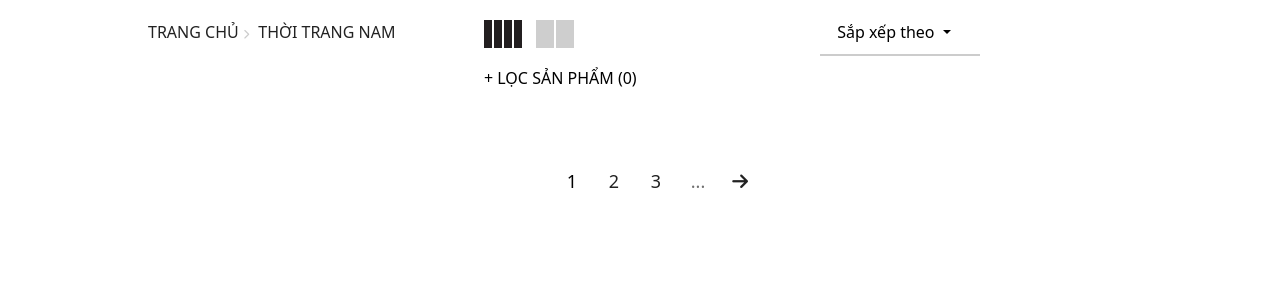
Repository: NguyenQuangQuan021099/FE_Page-Male
Page: index.html
These files come from the project's save history. The page is drawn as it stood at one moment and after the next save; the edit follows.
The browser window is 1280 px wide. The pictures show the whole page.
The page's requests for data from a server got no answer. Some web libraries are served in a nearby version.

Above is the page before, as saved 2021-07-09 09:02:42.

### index.html
<!DOCTYPE html>
<html lang="en">
<head>
    <meta charset="UTF-8">
    <meta http-equiv="X-UA-Compatible" content="IE=edge">
    <script src="https://kit.fontawesome.com/ce2ff1d6ed.js" crossorigin="anonymous"></script>
    <link href="https://cdn.jsdelivr.net/npm/bootstrap@5.0.1/dist/css/bootstrap.min.css" rel="stylesheet" integrity="sha384-+0n0xVW2eSR5OomGNYDnhzAbDsOXxcvSN1TPprVMTNDbiYZCxYbOOl7+AMvyTG2x" crossorigin="anonymous">
    <script src="https://code.jquery.com/jquery-3.6.0.min.js" integrity="sha256-/xUj+3OJU5yExlq6GSYGSHk7tPXikynS7ogEvDej/m4=" crossorigin="anonymous"></script>
    <meta name="viewport" content="width=device-width, initial-scale=1.0">
    <link rel="stylesheet" href="grid.css">
    <link rel="stylesheet" href="style.css">
    <title>Trang Nam</title>
</head>
<body>
<div class="grid main wide">
<!-- -------------------------Begin Nav-------------------------------------------------- -->
<div class="category__product__action row ">
    <div class="breadcrumbs col l-4">
        <a href="" title="Đi đến trang chủ">TRANG CHỦ</a>
        <i style="color: #ccc; font-size: 10px; margin-right: 5px; padding-bottom: 2px;" class="fas fa-chevron-right"></i>
        <span style="color: #222">THỜI TRANG NAM</span>
    </div>
    <div class="sub__category__product__action col l-8">
      <div class="nav-2 row ">
        <div class="toolbar__product col ">
          <a href="#" class="active" title="Lưới" ></a>
          <a href="./Danh sách/page1.html" class="disable" title="Danh sách" ></a>
        </div>
        <!-- --------------begin dropdown ------------------>
        <div class="dropdown col ">
          <button class="btn btn-secondary dropdown-toggle" type="button" id="dropdownMenuButton1" data-bs-toggle="dropdown" aria-expanded="false">
            Sắp xếp theo
          </button>
          <ul class="dropdown-menu sorter" aria-labelledby="dropdownMenuButton1" .>
            <li><a class="dropdown-item" href="#">Thứ tự chữ cái A-Z</a></li>
            <li><a class="dropdown-item" href="#">Thứ tự chữ cái Z-A</a></li>
            <li><a class="dropdown-item" href="#">Giá tăng dần</a></li>
            <li><a class="dropdown-item" href="#">Giá giảm dần</a></li>
            <li><a class="dropdown-item" href="#">Sản phẩm mới nhất</a></li>
          </ul>
        </div>
      <!-- -------------------end dropdown ---------------->
    </div>
    <!-------------------- begin filter---------------- -->
  <div class="filter__toggle ">
    <div class="list-group">
      <button class="list-group-item list-group-item-action actived-list" aria-current="true" >
        + LỌC SẢN PHẨM (0)
      </button>
      <div class="list-select">
        <div class="list-group-item list-group-item-action reset-close">
          <button class="reset">ĐẶT LẠI</button>
          <button class="close">ĐÓNG</button>
        </div>
        <div class="filter-option-list">
          <div class="filter-option">
            <button class="list-group-item list-group-item-action btn__item actived">NHÓM
              <div class="icon">
                <i class="fas fa-plus icon-1"></i>
                <i class="fas fa-minus icon-2"></i>
              </div>
            </button>
            <div class="item__male">
              <ul class="items">
                <li class="item"> <a href="">ÁO NAM</a></li>
                <li class="item"> <a href="">QUẦN NAM</a></li>
                <li class="item"> <a href="">GIÀY DÉP NAM</a></li>
                <li class="item"> <a href="">PHỤ KIỆN THỜI TRANG NAM</a></li>
              </ul>
            </div>
          </div>

        <div class="filter-option">
          <button class="list-group-item list-group-item-action btn__item actived">KÍCH CỠ
            <div class="icon">
              <i class="fas fa-plus icon-1"></i>
              <i class="fas fa-minus icon-2"></i>
            </div>
          </button>
          <div class="item__male">
            <ul class="items items-size">

            </ul>
          </div>
        </div>
        <div class="filter-option">
          <button class="list-group-item list-group-item-action btn__item">MÀU TRANG PHỤC</button>
        </div>
        <div class="filter-option">
        <button class="list-group-item list-group-item-action btn__item">GÍA TIỀN</button>
        </div>
        </div>
      </div>
    </div>
  </div>
<!-- -------------------End filter--------------------- -->
</div>
</div>

<!-- --------------------End Nav----------------------- -->

<!-------------------Begin product--------------------- -->
<div class="product">
        <ol id="product-list-items" class="row">

        </ol>
</div>
<!-------------------End product--------------------- -->

<!-- -------------Begin pagination --------------------->
<div class="pagination ">
  <ul class="list__pag ">
    <li class="item__current"><a href="#">1</a></li>
        <li class="item"><a href="#">2</a></li>
        <li class="item"><a href="#">3</a></li>
        <li class="item"><span>...</span></li>
        <li class="item__next"><a href="#" title="Tiếp theo"><i class="fas fa-arrow-right"></i></a></li>
  </ul>
</div>
<!-- -------------End pagination ---------------------->
</div>
    <script src="./app.js"></script>
    <script src="https://cdn.jsdelivr.net/npm/@popperjs/core@2.9.2/dist/umd/popper.min.js" integrity="sha384-IQsoLXl5PILFhosVNubq5LC7Qb9DXgDA9i+tQ8Zj3iwWAwPtgFTxbJ8NT4GN1R8p" crossorigin="anonymous"></script>
    <script src="https://cdn.jsdelivr.net/npm/bootstrap@5.0.1/dist/js/bootstrap.min.js" integrity="sha384-Atwg2Pkwv9vp0ygtn1JAojH0nYbwNJLPhwyoVbhoPwBhjQPR5VtM2+xf0Uwh9KtT" crossorigin="anonymous"></script>
</body>
</html>

### grid.css
.grid{
    width: 100%;
    display: block;
    padding: 0;
}

.grid.wide{
    max-width: 1200px;
    margin: 0 auto;
}

.row{
    display: flex;
    flex-wrap: wrap;
    margin-left: -4px;
    margin-right: -4px;
}

.row.no-gutters{
    margin-left: 0;
    margin-right: 0;
}

.col{
    padding-left: 4px;
    padding-right: 4px;
}

.row.no-gutters .col{
    margin-left: 0;
    margin-right: 0;
}
/* c - làm cho mobile */
.c-0{
    display: none;
}

.c-1{
    flex: 0 0 8.33333%;
    max-width: 8.33333%;
}

.c-2{
    flex: 0 0 16.66667%;
    max-width: 16.666667%;
}

.c-3{
    flex: 0 0 25%;
    max-width: 25%;
}

.c-4{
    flex: 0 0 33.33333%;
    max-width: 33.33333% ;
}

.c-5{
    flex: 0 0 41.66667%;
    max-width: 41.66667% ;
}

.c-6{
    flex: 0 0 50%;
    max-width: 50% ;
}

.c-7{
    flex: 0 0 58.33333%;
    max-width: 58.33333% ;
}

.c-8{
    flex: 0 0 66.66667%;
    max-width: 66.66667% ;
}

.c-9{
    flex: 0 0 75%;
    max-width: 75% ;
}

.c-10{
    flex: 0 0 83.33333%;
    max-width: 83.33333% ;
}

.c-11{
    flex: 0 0 91.66667%;
    max-width: 91.66667% ;
}

.c-12{
    flex: 0 0 100%;
    max-width: 100% ;
}

.c-o-1{
    margin-left: 8.33333%;
}

.c-o-2{
    margin-left: 16.666667%;
}

.c-o-3{
    margin-left: 25%;
}

.c-o-4{
    margin-left: 33.33333% ;
}

.c-o-5{
    margin-left: 41.66667% ;
}

.c-o-6{
    margin-left: 50% ;
}

.c-o-7{
    margin-left: 58.33333% ;
}

.c-o-8{
    margin-left: 66.66667% ;
}

.c-o-9{
    margin-left: 75% ;
}

.c-o-10{
    margin-left: 83.33333% ;
}

.c-o-11{
    margin-left: 91.66667% ;
}

/* Tablet ~ PC low resolution */
@media (min-width: 740px) and (max-width: 1023px) {
    .wide{
        width: 644px;
    }

    .col{
        padding-left: 4px;
        padding-right: 4px;
    }
}


/* >= Tablet */
@media (min-width: 740px)  {
   .row{
    margin-left: -8px;
    margin-right: -8px;
   }

   .col{
    padding-left: 4px;
    padding-right: 4px;
    }

    .m-0{
        display: none;
    }

    .m-1,
    .m-2,
    .m-3,
    .m-4,
    .m-5,
    .m-6,
    .m-7,
    .m-8,
    .m-9,
    .m-10,
    .m-11,
    .m-12{
        display: block;
    }

    .m-1{
        flex: 0 0 8.33333%;
        max-width: 8.33333%;
    }

    .m-2{
        flex: 0 0 16.66667%;
        max-width: 16.666667%;
    }

    .m-3{
        flex: 0 0 25%;
        max-width: 25%;
    }

    .m-4{
        flex: 0 0 33.33333%;
        max-width: 33.33333% ;
    }

    .m-5{
        flex: 0 0 41.66667%;
        max-width: 41.66667% ;
    }

    .m-6{
        flex: 0 0 50%;
        max-width: 50% ;
    }

    .m-7{
        flex: 0 0 58.33333%;
        max-width: 58.33333% ;
    }

    .m-8{
        flex: 0 0 66.66667%;
        max-width: 66.66667% ;
    }

    .m-9{
        flex: 0 0 75%;
        max-width: 75% ;
    }

    .m-10{
        flex: 0 0 83.33333%;
        max-width: 83.33333% ;
    }

    .m-11{
        flex: 0 0 91.66667%;
        max-width: 91.66667% ;
    }

    .m-12{
        flex: 0 0 100%;
        max-width: 100% ;
    }

    .m-o-1{
        margin-left: 8.33333%;
    }

    .m-o-2{
        margin-left: 16.666667%;
    }

    .m-o-3{
        margin-left: 25%;
    }

    .m-o-4{
        margin-left: 33.33333% ;
    }

    .m-o-5{
        margin-left: 41.66667% ;
    }

    .m-o-6{
        margin-left: 50% ;
    }

    .m-o-7{
        margin-left: 58.33333% ;
    }

    .m-o-8{
        margin-left: 66.66667% ;
    }

    .m-o-9{
        margin-left: 75% ;
    }

    .m-o-10{
        margin-left: 83.33333% ;
    }

    .m-o-11{
        margin-left: 91.66667% ;
    }



}

/* > PC low resolution */
@media (min-width: 1113px)  {
    .row{
        margin-left: -12px;
        margin-right: -12px;
       }

    .col{
        padding-left: 4px;
        padding-right: 4px;
    }

    .l-0{
        display: none;
    }

    .l-1,
    .l-2,
    .l-3,
    .l-4,
    .l-5,
    .l-6,
    .l-7,
    .l-8,
    .l-9,
    .l-10,
    .l-11,
    .l-12{
        display: block;
    }

    .l-1{
        flex: 0 0 8.33333%;
        max-width: 8.33333%;
    }

    .l-2{
        flex: 0 0 16.66667%;
        max-width: 16.666667%;
    }

    .l-3{
        flex: 0 0 25%;
        max-width: 25%;
    }

    .l-4{
        flex: 0 0 33.33333%;
        max-width: 33.33333% ;
    }

    .l-5{
        flex: 0 0 41.66667%;
        max-width: 41.66667% ;
    }

    .l-6{
        flex: 0 0 50%;
        max-width: 50% ;
    }

    .l-7{
        flex: 0 0 58.33333%;
        max-width: 58.33333% ;
    }

    .l-8{
        flex: 0 0 66.66667%;
        max-width: 66.66667% ;
    }

    .l-9{
        flex: 0 0 75%;
        max-width: 75% ;
    }

    .l-10{
        flex: 0 0 83.33333%;
        max-width: 83.33333% ;
    }

    .l-11{
        flex: 0 0 91.66667%;
        max-width: 91.66667% ;
    }

    .l-12{
        flex: 0 0 100%;
        max-width: 100% ;
    }

    .l-o-1{
        margin-left: 8.33333%;
    }

    .l-o-2{
        margin-left: 16.666667%;
    }

    .l-o-3{
        margin-left: 25%;
    }

    .l-o-4{
        margin-left: 33.33333% ;
    }

    .l-o-5{
        margin-left: 41.66667% ;
    }

    .l-o-6{
        margin-left: 50% ;
    }

    .l-o-7{
        margin-left: 58.33333% ;
    }

    .l-o-8{
        margin-left: 66.66667% ;
    }

    .l-o-9{
        margin-left: 75% ;
    }

    .l-o-10{
        margin-left: 83.33333% ;
    }

    .l-o-11{
        margin-left: 91.66667% ;
    }
}


/* PC low resolution */
@media (min-width: 1024px) and (max-width: 1366px) {
    .wide{
        width: 984px;
    }

    .wide .row{
        margin-left: -12px;
        margin-right: -12px;
    }

    .wide .col{
        padding-left: 12px;
        padding-right: 12px;
    }

    .wide .l-0{
        display: none;
    }

    .wide .l-1,
    .wide .l-2,
    .wide .l-3,
    .wide .l-4,
    .wide .l-5,
    .wide .l-6,
    .wide .l-7,
    .wide .l-8,
    .wide .l-9,
    .wide .l-10,
    .wide .l-11,
    .wide .l-12{
        display: block;
    }

    .wide .l-1{
        flex: 0 0 8.33333%;
        max-width: 8.33333%;
    }

    .wide .l-2{
        flex: 0 0 16.66667%;
        max-width: 16.666667%;
    }

    .wide .l-3{
        flex: 0 0 25%;
        max-width: 25%;
    }

    .wide .l-4{
        flex: 0 0 33.33333%;
        max-width: 33.33333% ;
    }

    .wide .l-5{
        flex: 0 0 41.66667%;
        max-width: 41.66667% ;
    }

    .wide .l-6{
        flex: 0 0 50%;
        max-width: 50% ;
    }

    .wide .l-7{
        flex: 0 0 58.33333%;
        max-width: 58.33333% ;
    }

    .wide .l-8{
        flex: 0 0 66.66667%;
        max-width: 66.66667% ;
    }

    .wide .l-9{
        flex: 0 0 75%;
        max-width: 75% ;
    }

    .wide .l-10{
        flex: 0 0 83.33333%;
        max-width: 83.33333% ;
    }

    .wide .l-11{
        flex: 0 0 91.66667%;
        max-width: 91.66667% ;
    }

    .wide .l-12{
        flex: 0 0 100%;
        max-width: 100% ;
    }

    .wide .l-o-1{
        margin-left: 8.33333%;
    }

    .wide .l-o-2{
        margin-left: 16.666667%;
    }

    .wide .l-o-3{
        margin-left: 25%;
    }

    .wide .l-o-4{
        margin-left: 33.33333% ;
    }

    .wide .l-o-5{
        margin-left: 41.66667% ;
    }

    .wide .l-o-6{
        margin-left: 50% ;
    }

    .wide .l-o-7{
        margin-left: 58.33333% ;
    }

    .wide .l-o-8{
        margin-left: 66.66667% ;
    }

    .wide .l-o-9{
        margin-left: 75% ;
    }

    .wide .l-o-10{
        margin-left: 83.33333% ;
    }

    .wide .l-o-11{
        margin-left: 91.66667% ;
    }


}

### style.css
*{
    margin: 0;
    padding: 0;
    box-sizing: border-box;
}

html{
    font-family: Arial, Helvetica, sans-serif;
}

a, a:hover{
    color: #222;
    text-decoration: none;
}

.category__product__action{
    margin: 10px 0 50px 0;

}

.breadcrumbs {
    margin-top: 10px;
}

.sub__category__product__action{
    display: flex;
    justify-content: flex-end;
}


.toolbar__product{
    margin-top: 10px;
    display: flex;
}
.toolbar__product a{
    height: 28px;
    display: inline-block;
    width: 38px;
    background-repeat: no-repeat;
}

.toolbar__product .active{
    background-image: url(./img/grid4active.svg);
    padding-right: 52px;
}

.toolbar__product .disable{
    background-image: url(./img/grid2disable.svg);
}

/* Dropdown css */
.dropdown{
    margin: 0 50px;
}

.btn-secondary {
    width: 160px;
    height: 46px;
    color: black;
    background-color: white;
    border-style: none;
    border-bottom: 2px solid #ccc;
    border-radius: 0px;
    padding: 0 25px 0 13px;
}


.btn-secondary:hover{
    color: black;
    background-color: white;
    border-bottom: 1px solid #ccc;

}

.btn-check:focus+.btn-secondary, .btn-secondary:focus {
    color: black;
    background-color: #fff;
    border-color: rgb(54, 52, 52);
    box-shadow: none;
    outline: none;
}
.sorter .dropdown-item:hover {
    color: white;
    background-color: #1777f2;
}

/* End dropdown */

/*  product items css */
/* filter css */
.list-group .actived-list{
    background-color: #fff;
    border-style: none;
    color:black ;
    padding: 0;
}

.reset-close{
    width: 100%;
    padding: 20px 0 ;
    display: flex;
    justify-content: space-between;
    border-style: none;
    border-bottom: 1px solid black;
    position: relative;

}
.reset-close button{
    font-size: 18px;
    margin: 0 30px;
    border-style: none;
    background-color: #fff;
}


/* begin filter */
.filter__toggle{
    margin-top: 10px;
}

.list-select{
    width: 25.8%;
    height: 100%;
    position: fixed;
    display: none;
    top: 0;
    right: 0;
    z-index: 2;
    background-color: #fff;
    border-left: 1px solid black;
    animation: mymove ease-in-out .8s;
}

.list-group-item-action:hover{
    background-color: #fff;
}

.list-select button{
   font-size: 18px;
}

.btn__item{
    padding-left: 30px;
    display: flex;
    justify-content: space-between;
}

.list-group .item__male ul li{
    list-style: none;
    padding-top: 8px;
}

.filter-option-list{
    height: 95vh;
    overflow-y: scroll;
}

.filter-option{
    border-bottom: 1px solid black;
}

.filter-option button .icon{
   display: inline-block;

}

.filter-option button .icon .icon-1{
    display: none;
}


@keyframes mymove{
    0%{
        right: -100%;
    }

    100%{
        right: 0;
    }
}

/* end filter css */
/* product items css */
.product{
     max-width: 100%;
     padding-left: 12px;
}

.product ol{
    display: flex;
    flex-wrap: wrap;
    padding-left: 0;
}

.product #product-list-items .product-items{
    width: 25%;
    list-style: none;
    margin-bottom: 30px;
}

li .renderItems  a img{
    width: 100%;
    object-fit: cover;
    padding: 3px;
}

li .renderItems  .sub__div{
    padding-top: 16px;
}

li .renderItems .sub__div .title{
    color: #222;
    font-weight: 500;
    text-transform: uppercase;
    font-size: 12px;
    text-decoration: none;
}

li .renderItems .sub__div .price{
    opacity: 0.7;
    font-size: 16px;
    font-family: Roboto;
}

li .renderItems .sub__div a{
    position: relative;
    display: inline-block;
}

li .renderItems .sub__div .img__mini{
    width: 22px;
    height: 22px;
}

li .renderItems .sub__div a img{
    width: 100%;
    object-fit: none;
}

li .renderItems .sub__div a img:hover{
    border: 1px solid black;
}

li .renderItems .sub__div a .sub__content{
    position: absolute;
    padding: 10px 30px;
    border: 1px solid black;
    border-radius: 5px;
    background-color: #fff;
    top: -50px;
    display: none;
}

li .renderItems .sub__div a:hover .sub__content{
    display: block;
}

/* End product items */

/* Begin pagination */
.pagination{
    display: block;
}

.pagination ul{
    display: flex;
    justify-content: center;
}
.pagination ul li{
    list-style: none;
    width: 30px;
    height: 30px;
    font-size: 18px;
    color: #707070;
    margin: 12px 6px;
    text-align: center;
}

.pagination ul .item__current a{
    color: black;
}

.pagination ul li:hover a{
    background-color: #ccc;
    border-radius: 2px;
    padding: 6px 12px;
}

/* End paginaton */

/* Responsive */


@media (max-width: 1023px) {

    .toolbar__product{
        display: none;
    }

}

@media (min-width: 1024px) and (max-width: 1366px){
    .category__product__action{
        position: relative;
    }

    .sub__category__product__action{

    }


}

### app.js
let itemAPI = "http://localhost:3000/items";
let sizeAPI = "http://localhost:3000/listSize";

function start() {
    getItem(renderItems);
    getSize(renderListSize);
}
start();

// lay ra item
function getItem(callback) {
    fetch(itemAPI)
    .then(function(response){
        return response.json();
    })
    .then(callback);
}

//render item
function renderItems(items){
    let listItemsBlock = document.querySelector("#product-list-items");
    let htmls = items.map(function(item){
        return `
        <li class="product-items col m-6 c-6 l-3">
            <div class="renderItems">
                <a href=""><img src="${item.image}" alt="" srcset=""></a>

                <div class="sub__div">

                    <a href="#" class="title"> ${item.title} </a> <br>

                    <span class="price">${item.price}</span> <br>

                        <a class="img__mini" href="#"> <img src="${item.miniimg}">
                            <div class="sub__content">
                                ${item.contentmini1}
                            </div>
                        </a>
                </div>
            </div>
        </li>
        `;
    });
    listItemsBlock.innerHTML = htmls.join('');
}

// render list size clothing
function getSize(callback) {
    fetch(sizeAPI)
    .then(function(response){
        return response.json();
    })
    .then(callback);
}

function renderListSize(listSize){
    let listSizeBlock = document.querySelector(".items-size");
    console.log(listSizeBlock);
    let htmls = listSize.map(function(size){
        return `
            <li class="item"> <a href=""> ${size.sizeClothing}</a></li>
        `;
    });
    listSizeBlock.innerHTML = htmls.join('');
    console.log(htmls);
}


// $('.show-hide').on("click", function(e){
//     $(this).find('.hide').css("display", "none");
//     $(this).find('.show').css("display", "block");
//     e.preventDefault();
// })


// filter actived
$('.actived-list, .close').on("click", function(){
    $(this).parent('.list-group').find('.list-select').toggle();
    $(this).parents('.list-select').toggle();

})

$('.actived, .not-actived').on("click", function(){
    $(this).find('.icon-1').toggle();
    $(this).find('.icon-2').toggle();
    $(this).parent('.filter-option').find('.item__male').toggle();
        if ($(this).hasClass('actived')) {
            $(this).removeClass('actived').addClass('not-actived');
        } else {
                $(this).removeClass('not-actived').addClass('actived');
        }
})


$('.reset').on("click", function(){
   $(this).parents('.list-select').find('.item__male').show();
   $(this).parents('.list-select').find('.icon-1').hide();
   $(this).parents('.list-select').find('.icon-2').show();
})

After the next save:
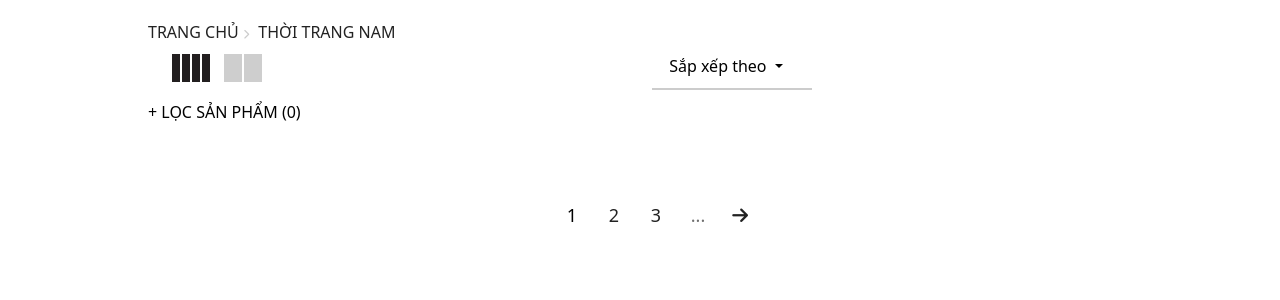
Saved 7 s later.
--- a/index.html
+++ b/index.html
@@ -20,7 +20,7 @@
         <i style="color: #ccc; font-size: 10px; margin-right: 5px; padding-bottom: 2px;" class="fas fa-chevron-right"></i>
         <span style="color: #222">THỜI TRANG NAM</span>
     </div>
-    <div class="sub__category__product__action col l-8">
+    <div class="sub__category__product__action row">
       <div class="nav-2 row ">
         <div class="toolbar__product col ">
           <a href="#" class="active" title="Lưới" ></a>

After the 2 saves that followed:
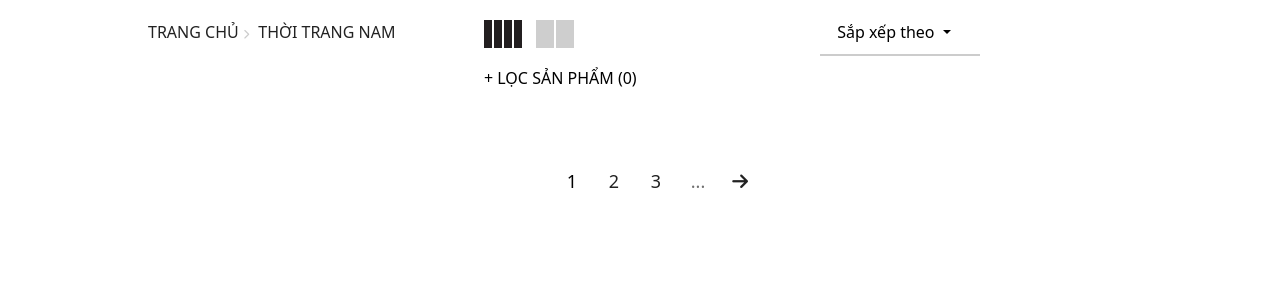
The 2 saves are shown as one change because they came seconds apart.
The last was saved 27 s later.
--- a/index.html
+++ b/index.html
@@ -20,7 +20,7 @@
         <i style="color: #ccc; font-size: 10px; margin-right: 5px; padding-bottom: 2px;" class="fas fa-chevron-right"></i>
         <span style="color: #222">THỜI TRANG NAM</span>
     </div>
-    <div class="sub__category__product__action row">
+    <div class="sub__category__product__action col l-8">
       <div class="nav-2 row ">
         <div class="toolbar__product col ">
           <a href="#" class="active" title="Lưới" ></a>
